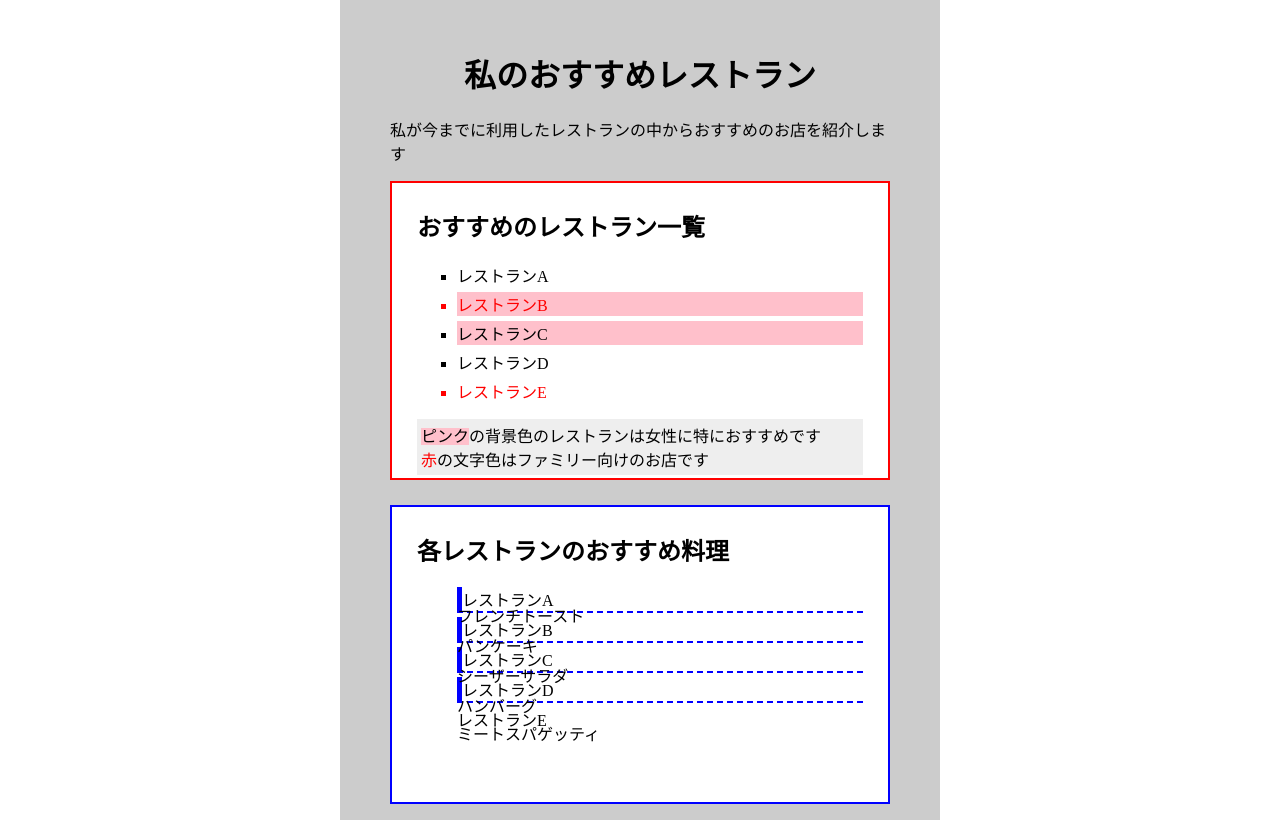
Repository: KubotaAtsushi/samurai_HTML-CSS
Page: 20210330/index.html
The author's editor kept a record of every edit. The page is drawn from the files as they stood at one moment, then again after the next edit.
The browser window is 1280 px wide. The pictures show the whole page.

Above is the page before.

After the next edit:
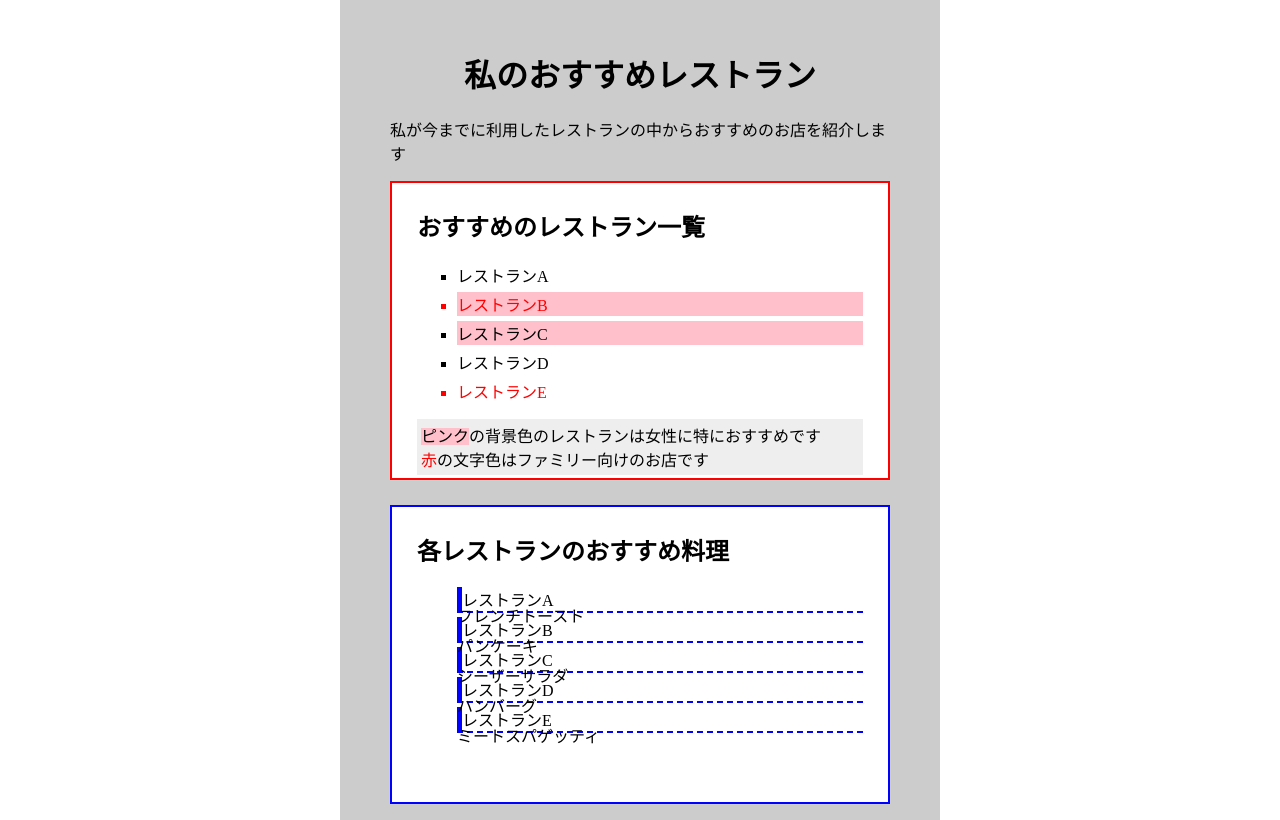
The edit:
--- a/20210330/index.html
+++ b/20210330/index.html
@@ -32,7 +32,7 @@
                     <li>シーザーサラダ</li>
                     <li class="left">レストランD</li>
                     <li>ハンバーグ</li>
-                    <li>レストランE</li>
+                    <li class="left">レストランE</li>
                     <li>ミートスパゲッティ</li>
                 </ul>
             </div>
